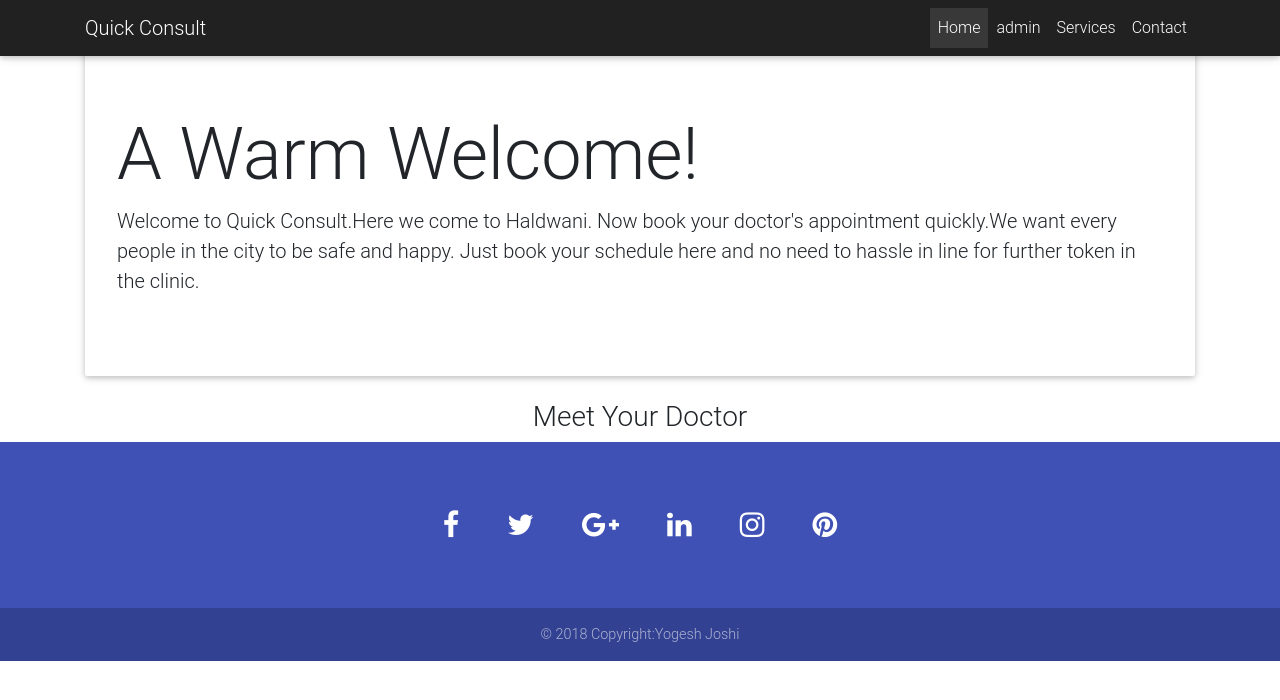
Repository: yogz-joshi/quick_consult
Page: http://localhost/
The author's editor kept a record of every edit. The page is drawn from the files as they stood at one moment, then again after the next edit.
The browser window is 1280 px wide. The pictures show the whole page.
Some web libraries are served in a nearby version. The page is served by the project's Node server (work/v2/app.js). Queries for data that is not in the repository find no rows.

Above is the page before.

After the next edit:
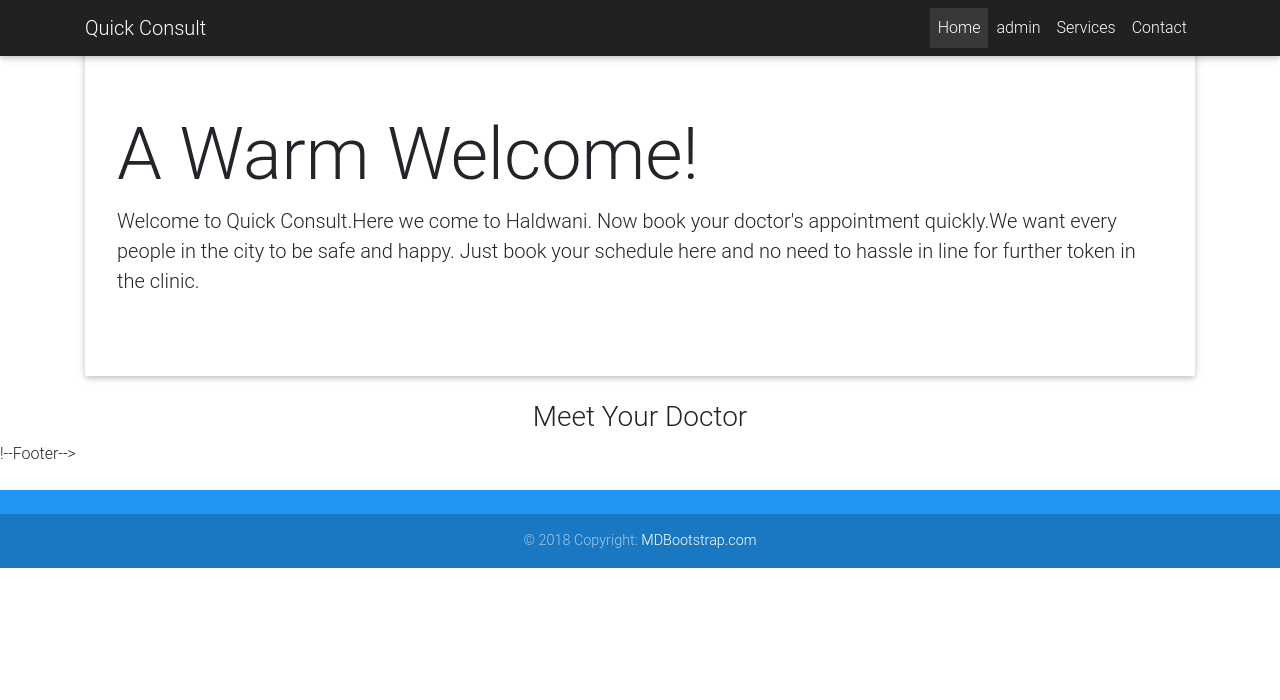
The edit:
--- a/work/v2/views/partials/footer.ejs
+++ b/work/v2/views/partials/footer.ejs
@@ -1,56 +1,46 @@
-
-<!--Footer-->
-<footer class="page-footer font-small indigo pt-0">
+!--Footer-->
+<footer class="page-footer font-small blue pt-4 mt-4">
 
     <!--Footer Links-->
-    <div class="container">
-
-        <!--First row-->
+    <div class="container-fluid text-center text-md-left">
         <div class="row">
 
             <!--First column-->
-            <div class="col-md-12 py-5">
+            <!--<div class="col-md-6">-->
+            <!--    <h5 class="text-uppercase">Footer Content</h5>-->
+            <!--    <p>Here you can use rows and columns here to organize your footer content.</p>-->
+            <!--</div>-->
+            <!--/.First column-->
 
-                <div class="mb-5 flex-center">
-
-                    <!--Facebook-->
-                    <a class="fb-ic">
-                        <i class="fa fa-facebook fa-lg white-text mr-md-5 mr-3 fa-2x"> </i>
-                    </a>
-                    <!--Twitter-->
-                    <a class="tw-ic">
-                        <i class="fa fa-twitter fa-lg white-text mr-md-5 mr-3 fa-2x"> </i>
-                    </a>
-                    <!--Google +-->
-                    <a class="gplus-ic">
-                        <i class="fa fa-google-plus fa-lg white-text mr-md-5 mr-3 fa-2x"> </i>
-                    </a>
-                    <!--Linkedin-->
-                    <a class="li-ic">
-                        <i class="fa fa-linkedin fa-lg white-text mr-md-5 mr-3 fa-2x"> </i>
-                    </a>
-                    <!--Instagram-->
-                    <a class="ins-ic">
-                        <i class="fa fa-instagram fa-lg white-text mr-md-5 mr-3 fa-2x"> </i>
-                    </a>
-                    <!--Pinterest-->
-                    <a class="pin-ic">
-                        <i class="fa fa-pinterest fa-lg white-text fa-2x"> </i>
-                    </a>
-                </div>
-            </div>
-            <!--/First column-->
+            <!--Second column-->
+            <!--<div class="col-md-6">-->
+            <!--    <h5 class="text-uppercase">Links</h5>-->
+            <!--    <ul class="list-unstyled">-->
+            <!--        <li>-->
+            <!--            <a href="#!">Link 1</a>-->
+            <!--        </li>-->
+            <!--        <li>-->
+            <!--            <a href="#!">Link 2</a>-->
+            <!--        </li>-->
+            <!--        <li>-->
+            <!--            <a href="#!">Link 3</a>-->
+            <!--        </li>-->
+            <!--        <li>-->
+            <!--            <a href="#!">Link 4</a>-->
+            <!--        </li>-->
+            <!--    </ul>-->
+            <!--</div>-->
+            <!--/.Second column-->
         </div>
-        <!--/First row-->
     </div>
-    <!--/Footer Links-->
+    <!--/.Footer Links-->
 
     <!--Copyright-->
     <div class="footer-copyright py-3 text-center">
-        © 2018 Copyright:Yogesh Joshi
-
+        © 2018 Copyright:
+        <a href="https://mdbootstrap.com/material-design-for-bootstrap/"> MDBootstrap.com </a>
     </div>
-    <!--/Copyright-->
+    <!--/.Copyright-->
 
 </footer>
-<!--/Footer-->
+<!--/.Footer-->
